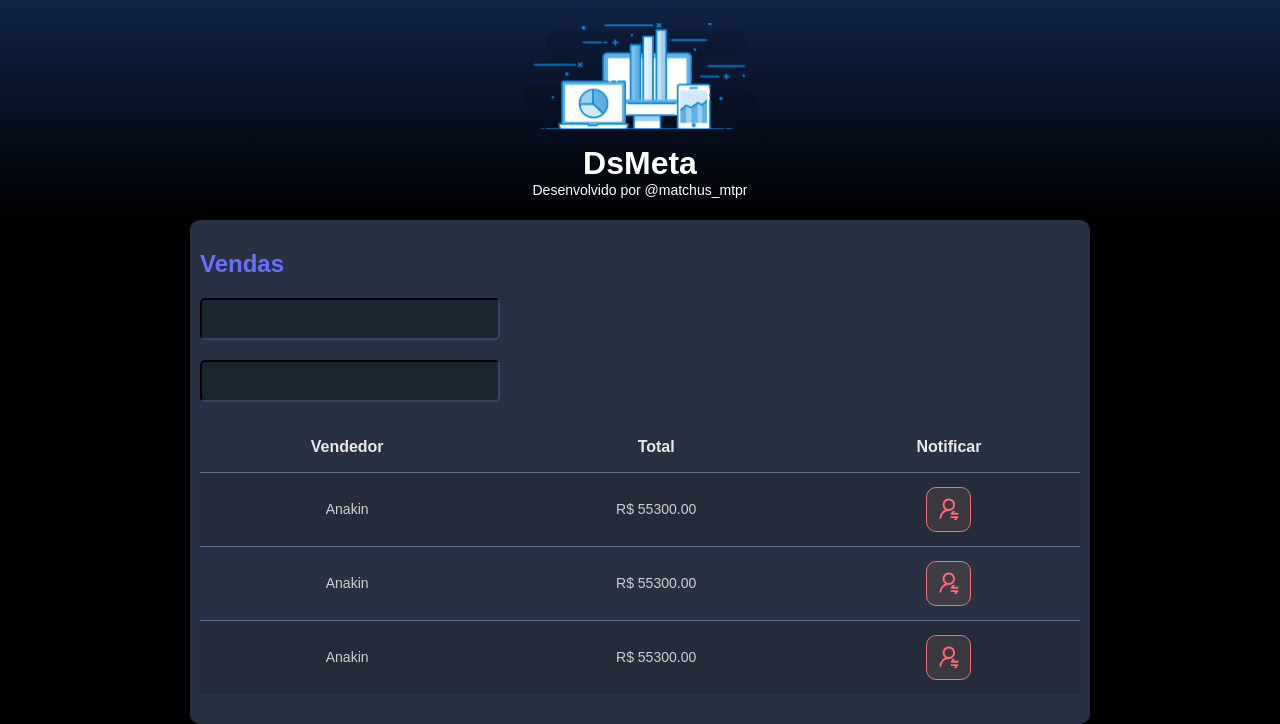
Repository: MatheusAlvesPereiraRosa/ds-meta
Page: index.html
The author's editor kept a copy of each file at every save. The page is drawn from the files as they stood at one save, then again after the next save.
The browser window is 1280 px wide. The pictures show the whole page.

Above is the page before, as saved 2022-09-05 17:08:34.

### index.html
<!DOCTYPE html>
<html lang="en">
  <head>
    <meta charset="UTF-8" />
    <meta http-equiv="X-UA-Compatible" content="IE=edge" />
    <meta name="viewport" content="width=device-width, initial-scale=1.0" />
    <title>Document</title>

    <link rel="stylesheet" href="styles.css" />
  </head>

  <body>
    <header>
      <div class="dsmeta-logo-container">
        <img src="logo.svg" alt="Logo" />
        <h1>DsMeta</h1>
        <p>
          Desenvolvido por
          <a href="https://www.instagram.com/matchus_mtpr">@matchus_mtpr</a>
        </p>
      </div>
    </header>

    <main>
      <section id="sales">
        <div class="dsmeta-container">
          <div class="dsmeta-card">
            <h2 class="dsmeta-sales-title">Vendas</h2>
            <div>
              <div class="dsmeta-form-control-container">
                <input class="dsmeta-form-control" type="text" />
              </div>
              <div class="dsmeta-form-control-container">
                <input class="dsmeta-form-control" type="text" />
              </div>
            </div>

            <div>
              <table class="dsmeta-sales-table">
                <thead>
                  <tr>
                    <th>Vendedor</th>
                    <th>Total</th>
                    <th>Notificar</th>
                  </tr>
                </thead>
                <tbody>
                  <tr>
                    <td>Anakin</td>
                    <td>R$ 55300.00</td>
                    <td>
                      <div class="dsmeta-red-btn-container">
                        <div class="dsmeta-red-btn">
                          <img src="icone.svg" alt="Notificar" />
                        </div>
                      </div>
                      </tr>
                    </td>
                  </tr>

                  <tr>
                    <td>Anakin</td>
                    <td>R$ 55300.00</td>
                    <td>
                      <div class="dsmeta-red-btn-container">
                        <div class="dsmeta-red-btn">
                          <img src="icone.svg" alt="Notificar" />
                        </div>
                      </div>
                      </tr>
                    </td>
                  </tr>
                  <tr>
                    <td>Anakin</td>
                    <td>R$ 55300.00</td>
                    <td>
                      <div class="dsmeta-red-btn-container">
                        <div class="dsmeta-red-btn">
                          <img src="icone.svg" alt="Notificar" />
                        </div>
                      </div>
                      </tr>
                    </td>
                  </tr>
                </tbody>
              </table>
            </div>
          </div>
        </div>
      </section>
    </main>
  </body>
</html>

### styles.css
@import url('https://fonts.googleapis.com/css2?family=Roboto:wght@300&display=swap');

* {
    font-family: 'Rotobto', sans-serif;
    box-sizing: border-box;
    margin: 0;
    padding: 0;
}

header {
    background: linear-gradient(180deg, #102347 0%, transparent);
    height: 220px;
    display: flex;
    align-items: center;
    justify-content: center;
}

body, html {
    background-color: black;
    color: #fff;
}

a, a:hover, a:visited {
    color: unset;
    text-decoration: none;
}

.dsmeta-logo-container {
    display: flex;
    flex-direction: column;
    align-items: center;
}

.dsmeta-logo-container img{
    width: 235px;
}

.dsmeta-logo-container h1{
    margin-top: 15px;
}

.dsmeta-logo-container p{
    font-size: 14px;
    font-weight: 300;
}

.dsmeta-card {
    background-color: #283142;
    border-radius: 10px;
    padding: 30px 10px;
}

.dsmeta-container {
    width: 100%;
    max-width: 900px;
    margin: 0 auto;
}

#id {
    padding: 40px 10px;
}

.dsmeta-sales-title {
    color: #676FFF;
    font-size: 24px;
    margin-bottom: 20px;
}

.dsmeta-form-control {
    height: 36px;
    background-color: #1B2531;
    width: 100%;
    max-width: 300px;
    border-radius: 5px;
    border-color: #384459;
    color: #9AAABE;
    padding: 19px 20px;
    font-size: 18px;
}

.dsmeta-sales-table {
    width: 100%;
    border-spacing: 0;
    border-collapse: collapse;
}

.dsmeta-sales-table thead{
    height: 50px;
    font-size: 16px;
    color: #E9E9E9;
    font-weight: 600;
}

.dsmeta-sales-table tbody{
    font-weight: 400;
    font-size: 14px;
    color: #CFCFCF;
    text-align: center;
}

.dsmeta-sales-table tbody tr {
    height: 74px;
    border-top: 1px solid #5F6E82;
}

.dsmeta-sales-table tbody tr:nth-child(odd) {
    background-color: #242C3B;
}

.dsmeta-sales-table tbody tr:hover > td {
    background-color: #384459;
}

.dsmeta-red-btn-container {
    display: flex;
    justify-content: center;
}

.dsmeta-red-btn {
    height: 45px;
    width: 45px;
    background-color: rgba(255, 167, 114, 0.1);
    border: 1px solid #ff6b72;
    border-radius: 10px;
    display: flex;
    align-items: center;
    justify-content: center;
    cursor: pointer;
}

.dsmeta-form-control-container {
    margin-bottom: 20px;
}

After the next save:
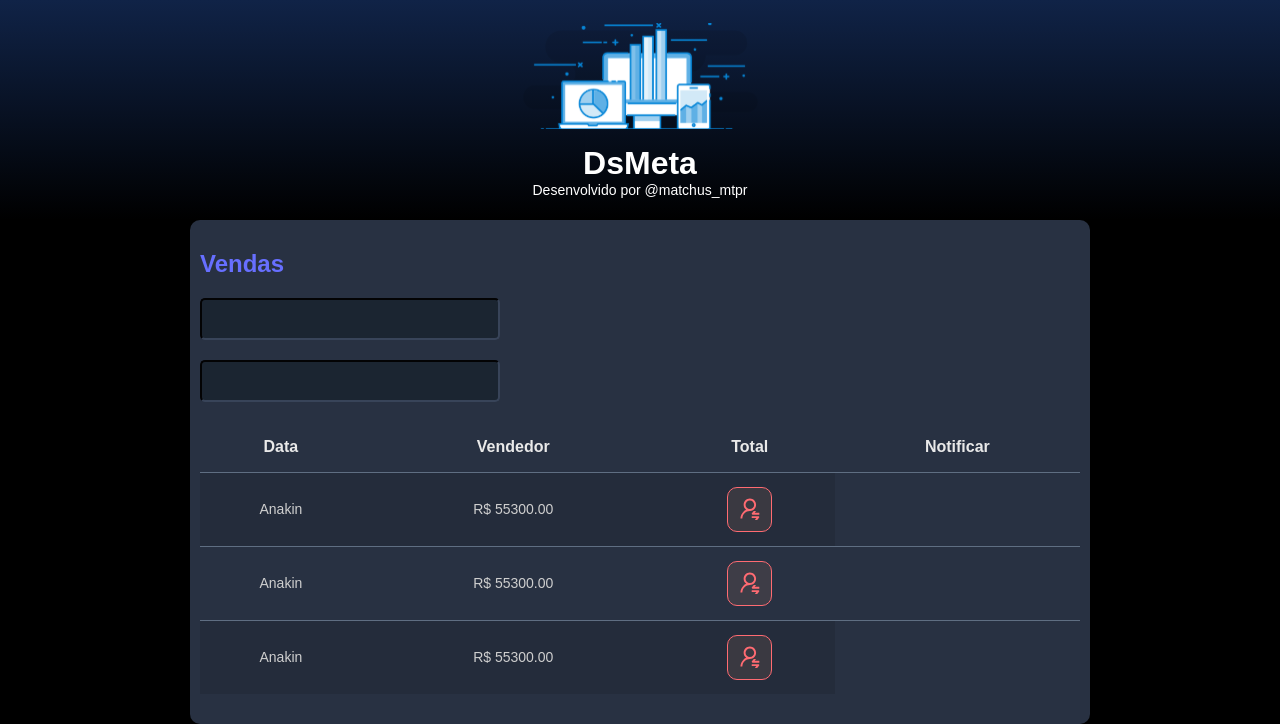
Saved 85 s later.
--- a/index.html
+++ b/index.html
@@ -39,6 +39,7 @@
               <table class="dsmeta-sales-table">
                 <thead>
                   <tr>
+                    <th>Data</th>
                     <th>Vendedor</th>
                     <th>Total</th>
                     <th>Notificar</th>
